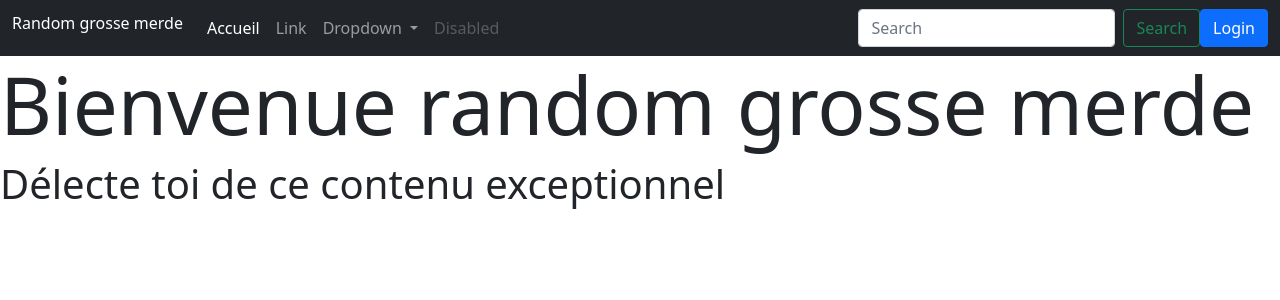
Repository: Mini-T/php-propre
Page: http://localhost/Accueil.php
An editor plug-in stored every save of this project. The page is shown before and after the next save, followed by the edit.
The browser window is 1280 px wide. The pictures show the whole page.
The page is run by PHP 8.4 with error messages shown; the project is at /var/www/html/. Queries for data that is not in the repository find no rows.

Above is the page before, as saved 2021-03-11 13:30:50.

After the next save:
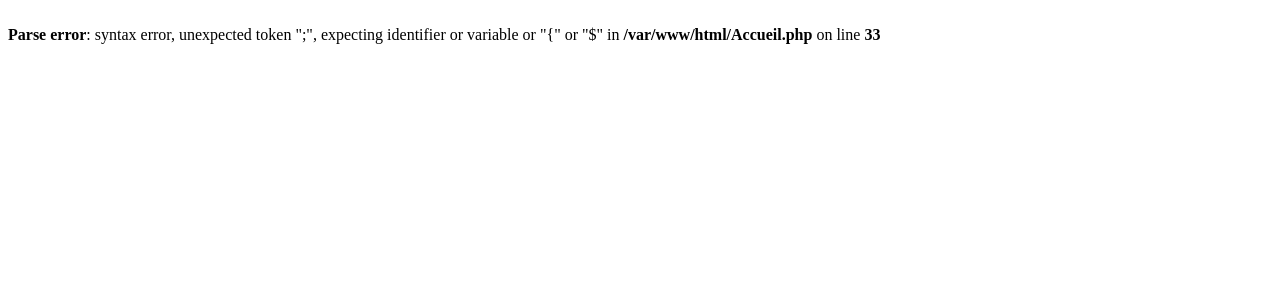
Saved 109 s later.
--- a/proj/Accueil.php
+++ b/proj/Accueil.php
@@ -27,7 +27,7 @@
                 <?php
                 $upvoteplusun = (int)$_POST['upvote'];
                 var_dump($upvoteplusun);
-                $queryupvote
+                $queryupvote = $pdo->
 
 
                 ?>

After the save that followed:
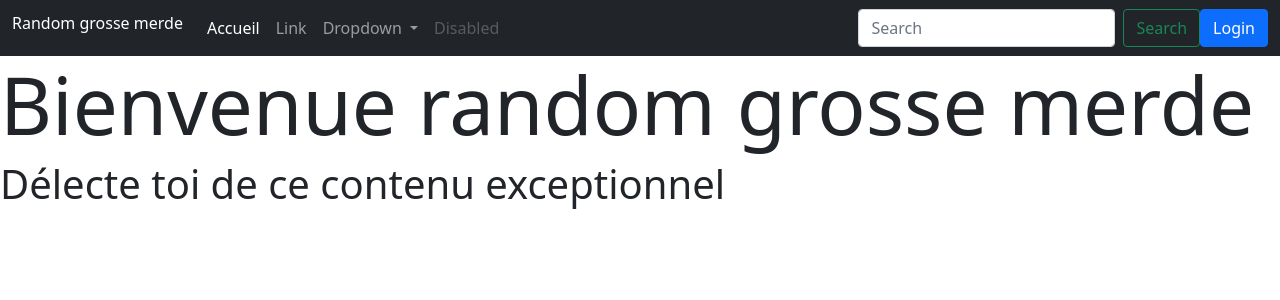
Saved 5 min 27 s later.
--- a/proj/Accueil.php
+++ b/proj/Accueil.php
@@ -27,8 +27,8 @@
                 <?php
                 $upvoteplusun = (int)$_POST['upvote'];
                 var_dump($upvoteplusun);
-                $queryupvote = $pdo->
-
+                // $queryupvote = $pdo->
+                echo $fetchaffi->id
 
                 ?>
             </div>
